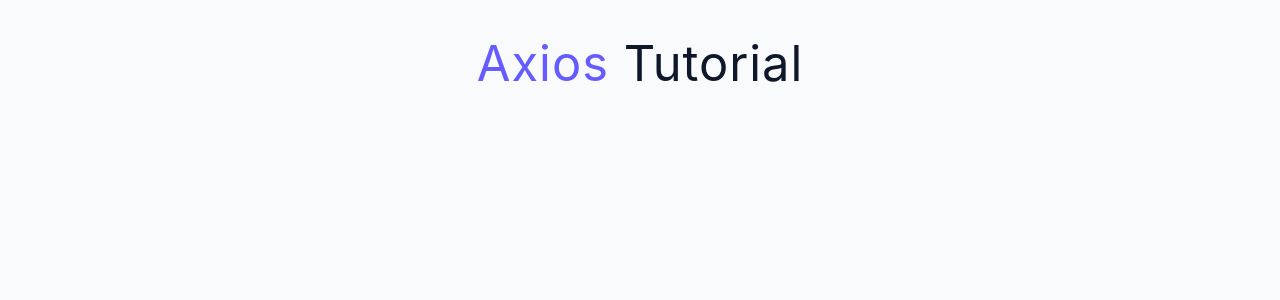
Repository: Mayup030/Mern-Axios
Page: /
These files come from the project's save history. The page is drawn as it stood at one moment and after the next save; the edit follows.
The browser window is 1280 px wide. The pictures show the whole page.
The project was rebuilt for these pictures with package versions that can differ from the ones it lists, and the page was loaded fresh each time.

Above is the page before, as saved 2022-04-03 13:57:04.

### src/App.js
import Title from "./components/Title";
import Setup from "../src/examples/1-first-request";
function App() {
  return (
    <main>
      <Title />
    </main>
  );
}

export default App;

Loaded but not shown: public/index.html (common file); src/index.js (common file); src/index.css (common file); src/components/Title.js (common file); src/examples/1-first-request.js (common file)

After the next save:
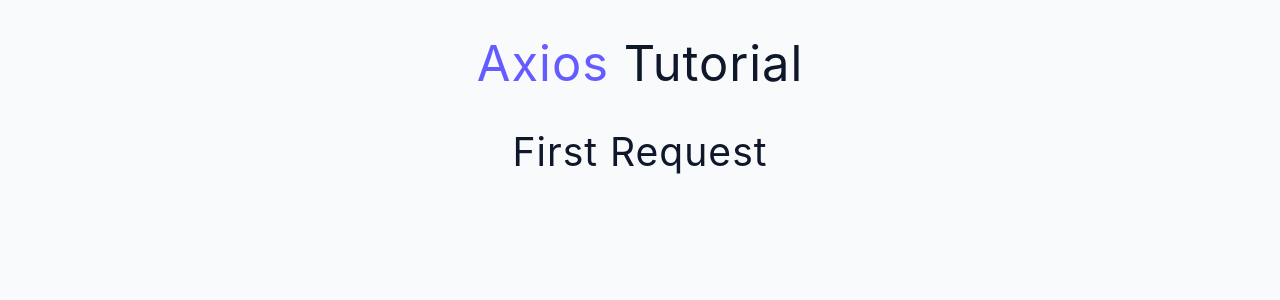
Saved 7 s later.
--- a/src/App.js
+++ b/src/App.js
@@ -4,6 +4,7 @@
   return (
     <main>
       <Title />
+      <Setup />
     </main>
   );
 }
